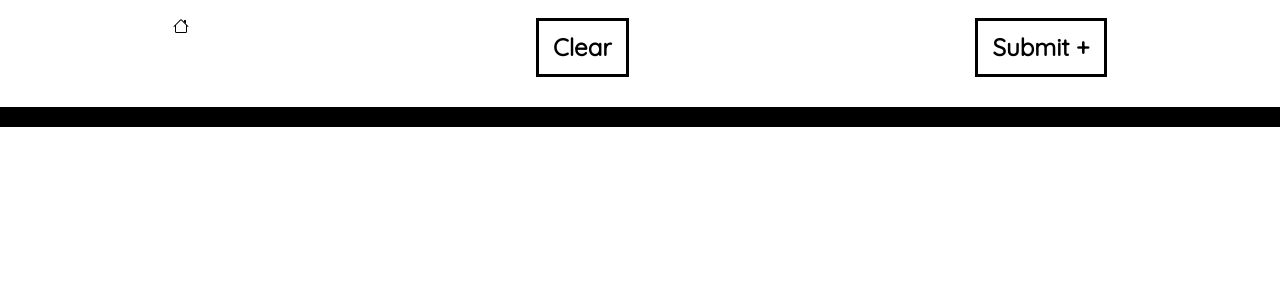
Repository: rickypcyt/WebMural
Page: /
The author's editor kept a copy of each file at every save. The page is drawn from the files as they stood at one save, then again after the next save.
The browser window is 1280 px wide. The pictures show the whole page.
The project was rebuilt for these pictures with package versions that can differ from the ones it lists, and the page was loaded fresh each time.

Above is the page before, as saved 2022-09-12 13:25:17.

### src/index.js
import React from "react";
import ReactDOM from "react-dom/client";
import "./index.css";
import WebMural from "./Pages/WebMural";
import reportWebVitals from "./reportWebVitals";
import { BrowserRouter, Routes, Route, Switch } from "react-router-dom";

const root = ReactDOM.createRoot(document.getElementById("root"));
root.render(
  <React.StrictMode>
    <BrowserRouter>
      <WebMural />
    </BrowserRouter>
  </React.StrictMode>
);

// If you want to start measuring performance in your app, pass a function
// to log results (for example: reportWebVitals(console.log))
// or send to an analytics endpoint. Learn more: https://bit.ly/CRA-vitals
reportWebVitals();

### src/index.css
@import url("https://fonts.googleapis.com/css2?family=Quicksand");

input[type="file"] {
  display: none;
}
.container {
  top: 0%;
  left: 0%;
}
::marker {
  display: none;
}
.image-container {
  width: 100%;
  margin: auto;
  display: flex;
  flex-direction: row;
  justify-content: space-evenly;
  gap: 15px;
  padding: 10px;
  background-color: black;
}

body {
  line-height: 1;
  font-family: "Quicksand";
  font-size: large;
  margin: 0%;
  padding: 0%;
}
main {
  top: 10%;
}
ol {
  list-style: none;
  display: flex;
  padding: 0;
  align-items: flex-start;
  justify-content: space-around;
  display: flex;
  flex-wrap: wrap;
  align-content: center;
}
.content {
  position: absolute;
  right: calc(var(--pad) * 2);
  bottom: calc(var(--pad) * 2);
  white-space: nowrap;
}
.parrafo {
  line-height: 1.5;
  text-align: end;
  font-size: larger;
}
.parrafo span {
  display: block;
}
.titulo {
  margin: 0;
}
.oli {
  font-weight: bold;
  border-style: solid;
  font-size: x-large;
  padding: 1ch;
}
.descripcion {
  font-weight: lighter;
  font-style: oblique;
}
.oli:hover {
  color: black;
  border-style: dotted;
}
.page {
  padding-top: 2%;
  padding-bottom: 3%;
}
.pageContact {
  padding-top: 8%;
  padding-bottom: 9%;
}
.cabeceranavi {
  padding-bottom: 1%;
}
p {
  font-weight: bold;
}
a {
  color: black;
  text-decoration: none;
  padding: 0ch;
}
span {
  font-size: larger;
}
li {
  width: 7%;
  height: 10%;
}
ul {
  list-style-type: none;
  margin: 0%;
  display: flex;
  align-items: center;
  flex-direction: row;
  padding-top: 5%;
  padding-bottom: 5%;
  padding-left: 0%;
  justify-content: space-around;
}
.imagenes {
  display: block;
  height: auto;
  width: auto;
  padding-top: 5%;
  padding-bottom: 5%;
}

.imagenesproyect {
  position: relative;
}
.fixer {
  display: flex;
  flex-direction: row;
  justify-content: space-evenly;
  padding-bottom: 3%;
}
.overlay {
  position: absolute;
  top: 0.83cm;

  background: rgb(0, 0, 0);
  background: rgb(2, 0.3, 0.9, 0.6); /* Black see-through */
  color: #f1f1f1;
  width: 100%;
  transition: 0.5s ease;
  color: white;
  text-align: center;
  font-size: 20px;
  padding-top: 20px;
  padding-bottom: 20px;
  opacity: 0;
}
.imagenesproyect:hover .overlay {
  opacity: 1;
}
.overlay2 {
  position: absolute;
  bottom: 8%;
  background: rgb(0, 0, 0);
  background: rgba(40, 40, 40, 0.6); /* Black see-through */
  color: #f1f1f1;
  width: 100%;
  transition: 0.5s ease;
  color: white;
  text-align: center;
  font-size: 20px;
  padding-top: 20px;
  padding-bottom: 20px;
  opacity: 0;
}
.imagenesproyect:hover .overlay2 {
  opacity: 1;
}

.homeinfo {
  font-size: x-large;
}

@media screen and (max-width: 1340px) {
  .fixer {
    flex-direction: column;
    justify-content: center;
  }
  .imagenes {
    height: auto;
    width: 100%;
  }
  ol {
  }
}

.image-container {
  width: auto;
  margin: auto;
  /* display: flex; */
  flex-wrap: wrap;
  gap: 15px;
  padding: 10px;
}

.image-container img {
  max-width: 100%;
  max-height: 225px;
}

.container .image-container .image {
  border: 4px solid black;
  overflow: hidden;
  /* cursor: pointer; */
}

.container .image-container .image img {
  height: 100%;
  width: 100%;
}
@media (max-width: 700px) {
  .image-container img {
    max-height: -10px;
  }
}

.image:hover {
  transform: scale(
    1.15
  ); /* (150% zoom - Note: if the zoom is too large, it will go outside of the viewport) */
}

.oli:hover {
  transform: scale(
    1.15
  ); /* (150% zoom - Note: if the zoom is too large, it will go outside of the viewport) */
}

### src/Pages/WebMural.js
import React, { useState } from "react";
import { Link, useMatch, useResolvedPath } from "react-router-dom";

const UploadAndDisplayImage = () => {
  const [selectedFiles, setSelectedFiles] = useState([]);
  const handleImageChange = (e) => {
    setSelectedFiles([]);
    if (e.target.files) {
      const filesArray = Array.from(e.target.files).map((file) =>
        URL.createObjectURL(file)
      );
      setSelectedFiles((prevImages) => prevImages.concat(filesArray));
      Array.from(e.target.files).map((file) => URL.revokeObjectURL(file));
    }
  };

  const renderPhotos = (source) => {
    return source.map((photo) => {
      return (
        <div class="container">
          <figure class="image-container">
            <img className="image" src={photo} alt="" key={photo} />
          </figure>
        </div>
      );
    });
  };

  return (
    <main>
      <nav className="cabeceranavi">
        <ol>
          <div CustomLink to="/" className="">
            <svg
              xmlns="http://www.w3.org/2000/svg"
              width="16"
              height="16"
              fill="currentColor"
              class="casita"
              viewBox="0 0 16 16"
            >
              <path
                fill-rule="evenodd"
                d="M2 13.5V7h1v6.5a.5.5 0 0 0 .5.5h9a.5.5 0 0 0 .5-.5V7h1v6.5a1.5 1.5 0 0 1-1.5 1.5h-9A1.5 1.5 0 0 1 2 13.5zm11-11V6l-2-2V2.5a.5.5 0 0 1 .5-.5h1a.5.5 0 0 1 .5.5z"
              />
              <path
                fill-rule="evenodd"
                d="M7.293 1.5a1 1 0 0 1 1.414 0l6.647 6.646a.5.5 0 0 1-.708.708L8 2.207 1.354 8.854a.5.5 0 1 1-.708-.708L7.293 1.5z"
              />
            </svg>
          </div>
          <nav className="oli" onClick={() => handleImageChange(null)}>
            Clear
          </nav>
          <label for="upload-button">
            <nav>
              <input
                type="file"
                id="upload-button"
                multiple="multiple"
                accept="image/*"
                onChange={handleImageChange}
              />
              <div class="oli"> Submit + </div>
            </nav>
          </label>
        </ol>
      </nav>
      {selectedFiles && (
        <div>
          <div class="image-container">{renderPhotos(selectedFiles)}</div>
        </div>
      )}
    </main>
  );
};

export default UploadAndDisplayImage;

function CustomLink({ to, children, ...props }) {
  const resolvedPath = useResolvedPath(to);
  const isActive = useMatch({ path: resolvedPath.pathname, end: true });
  return (
    <li className={isActive ? "active" : ""}>
      <Link to={to} {...props}>
        {children}
      </Link>
    </li>
  );
}

Loaded but not shown: public/index.html (common file); src/reportWebVitals.js (common file)

After the next save:
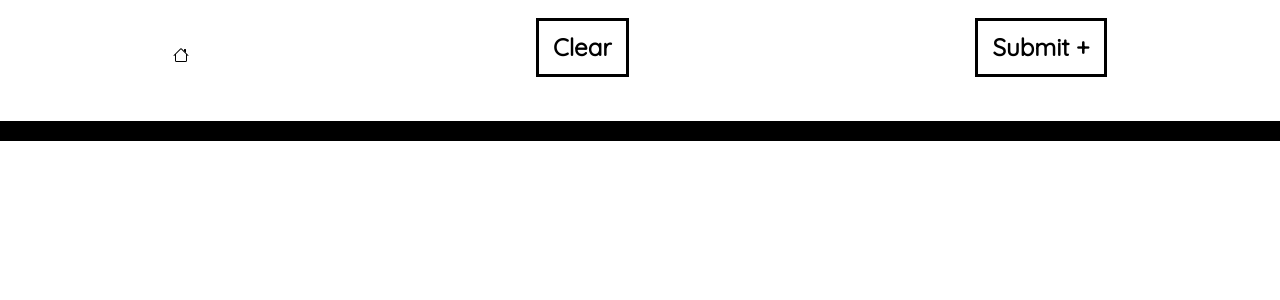
Saved 2 min 0 s later.
--- a/src/Pages/WebMural.js
+++ b/src/Pages/WebMural.js
@@ -30,7 +30,7 @@ const UploadAndDisplayImage = () => {
     <main>
       <nav className="cabeceranavi">
         <ol>
-          <div CustomLink to="/" className="">
+          <h1 CustomLink to="/" className="">
             <svg
               xmlns="http://www.w3.org/2000/svg"
               width="16"
@@ -48,7 +48,7 @@ const UploadAndDisplayImage = () => {
                 d="M7.293 1.5a1 1 0 0 1 1.414 0l6.647 6.646a.5.5 0 0 1-.708.708L8 2.207 1.354 8.854a.5.5 0 1 1-.708-.708L7.293 1.5z"
               />
             </svg>
-          </div>
+          </h1>
           <nav className="oli" onClick={() => handleImageChange(null)}>
             Clear
           </nav>
